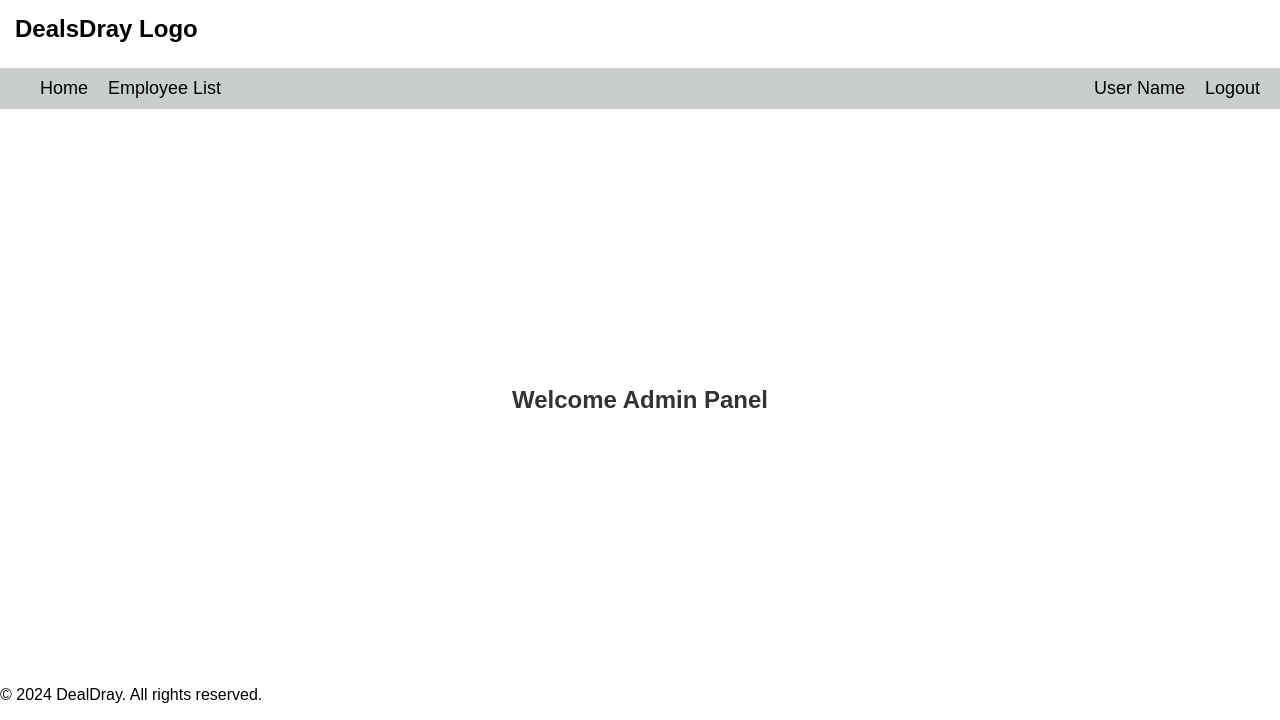
Repository: Mahanandapadavale123/dealsdray
Page: /dashboard (app in frontend/)
An editor plug-in stored every save of this project. The page is shown before and after the next save, followed by the edit.
The browser window is 1280 px wide. The pictures show the whole page.
The page's requests for data from a server got no answer. The project was rebuilt for these pictures with package versions that can differ from the ones it lists, and the page was loaded fresh each time. No one was signed in, and anything a server would have sent is missing. Also part of the build but not shown: frontend/src/views/login.jsx, frontend/src/views/EmployeeList.js, frontend/src/css/footer.css.

Above is the page before, as saved 2024-09-19 18:46:02.

After the next save:
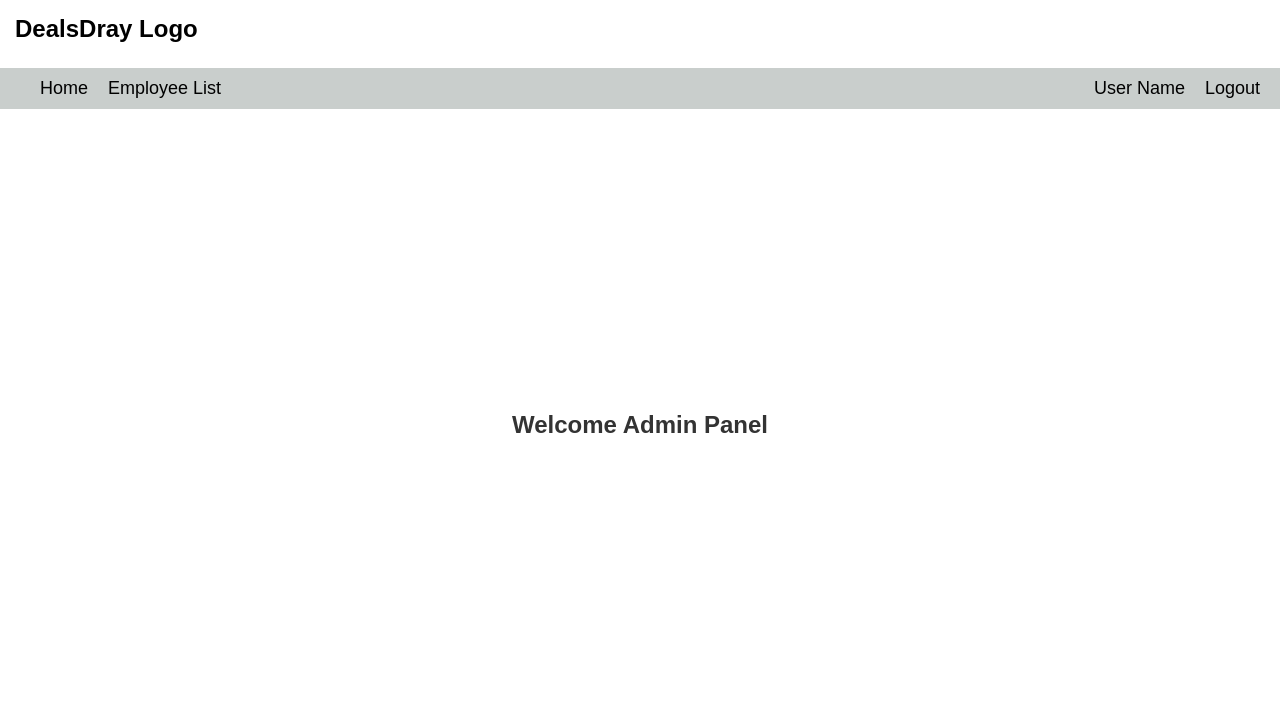
Saved 23 s later.
--- a/frontend/src/views/dashboard.jsx
+++ b/frontend/src/views/dashboard.jsx
@@ -1,6 +1,5 @@
 import React from "react";
 import Header from "./layout/header";
-import Footer from "./layout/footer";
 import "../css/dashboard.css";
 
 const Dashboard = () => {
@@ -9,10 +8,9 @@ const Dashboard = () => {
       <Header />
 
       <main className="content">
-        <h2>Welcome Admin Panel</h2>
+          <h2>Welcome Admin Panel</h2>
       </main>
 
-      <Footer />
     </div>
   );
 };
